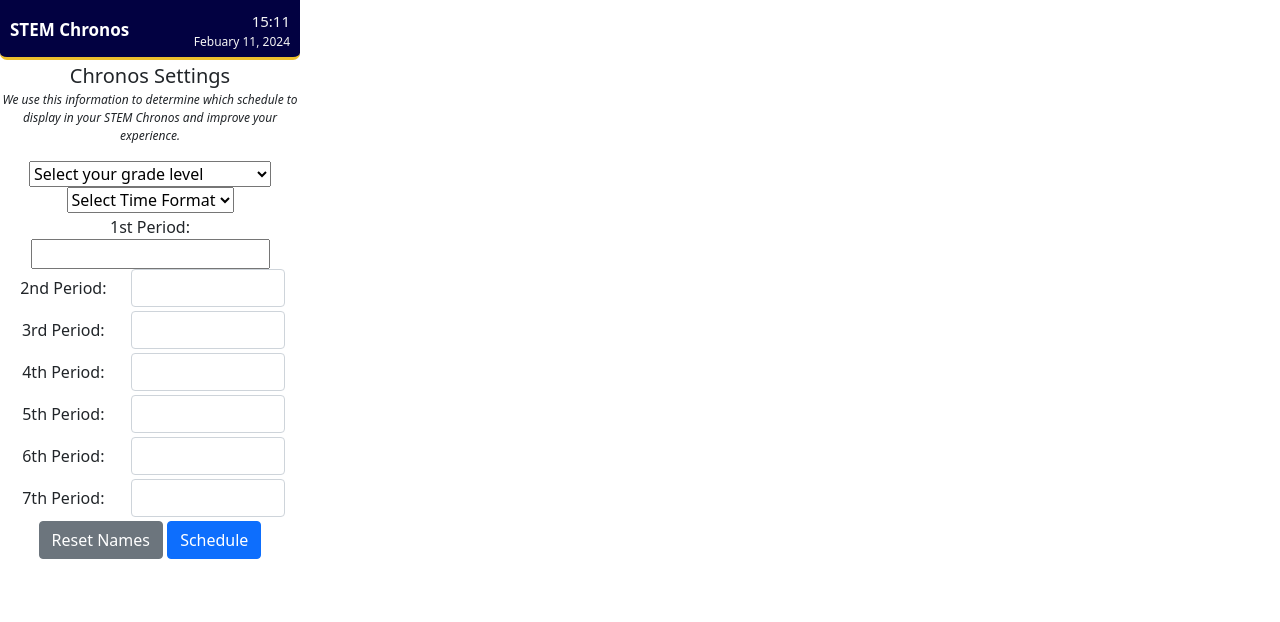
Repository: EvanHughes-dev/StemChronos
Page: StemChronos2.0/Settings/Settings.html
These files come from the project's save history. The page is drawn as it stood at one moment and after a run of saves; the edit follows.
The browser window is 1280 px wide. The pictures show the whole page.

Above is the page before, as saved 2024-04-23 15:37:44.
Console error: TypeError: Cannot read properties of null (reading 'addEventListener')

After the next 2 saves:
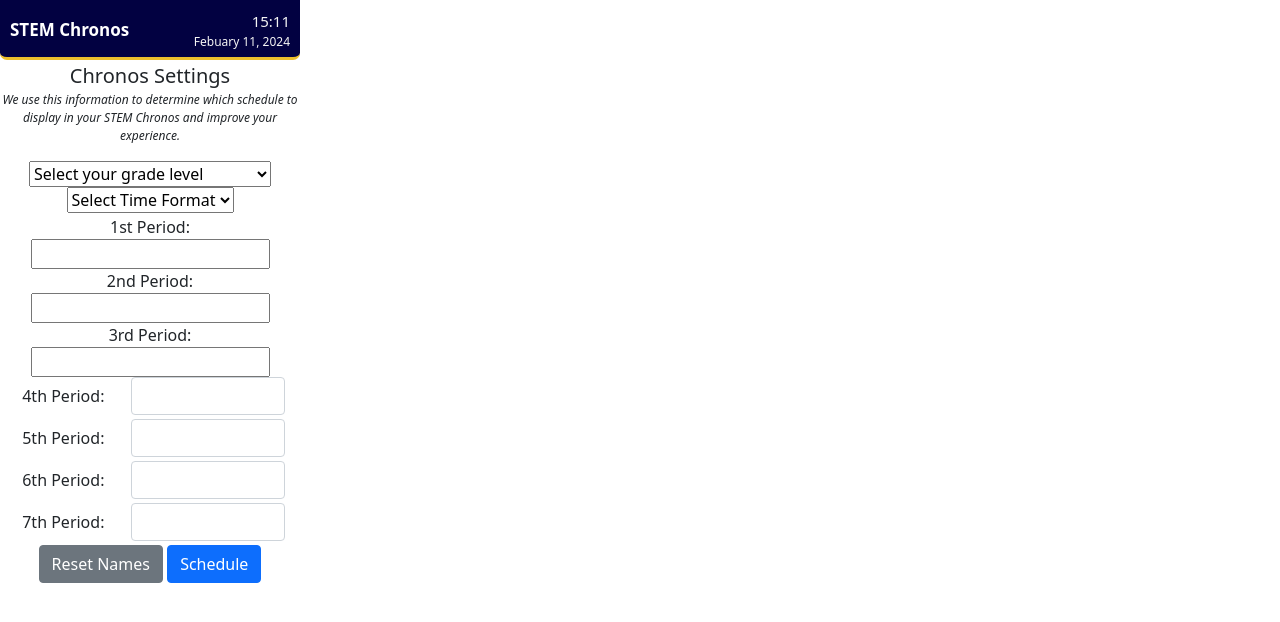
The 2 saves are shown as one change because they came seconds apart.
The last was saved 34 s later.
--- a/StemChronos2.0/Settings/Settings.html
+++ b/StemChronos2.0/Settings/Settings.html
@@ -57,14 +57,14 @@
                     <label for="First">1st Period:</label>
                     <input name="First" type="text" id="FirstVal" />
                 </div>
-                <div class="row g-2 mb-1">
-                    <label class="col-sm-4 col-form-label mx-3" for="Second">2nd Period:</label>
-                    <input class="col-sm-10 form-control w-50 col-auto" name="Second" type="text" id="SecondVal" />
+                <div >
+                    <label for="Second">2nd Period:</label>
+                    <input name="Second" type="text" id="SecondVal" />
                 </div>
 
-                <div class="row g-2 mb-1">
-                    <label class="col-sm-4 col-form-label mx-3" for="Third">3rd Period:</label>
-                    <input class="col-sm-10 form-control w-50 col-auto" name="Third" type="text" id="ThirdVal" />
+                <div>
+                    <label for="Third">3rd Period:</label>
+                    <input name="Third" type="text" id="ThirdVal" />
                 </div>
                 <div class="row g-2 mb-1">
                     <label class="col-sm-4 col-form-label mx-3" for="Fourth">4th Period:</label>
